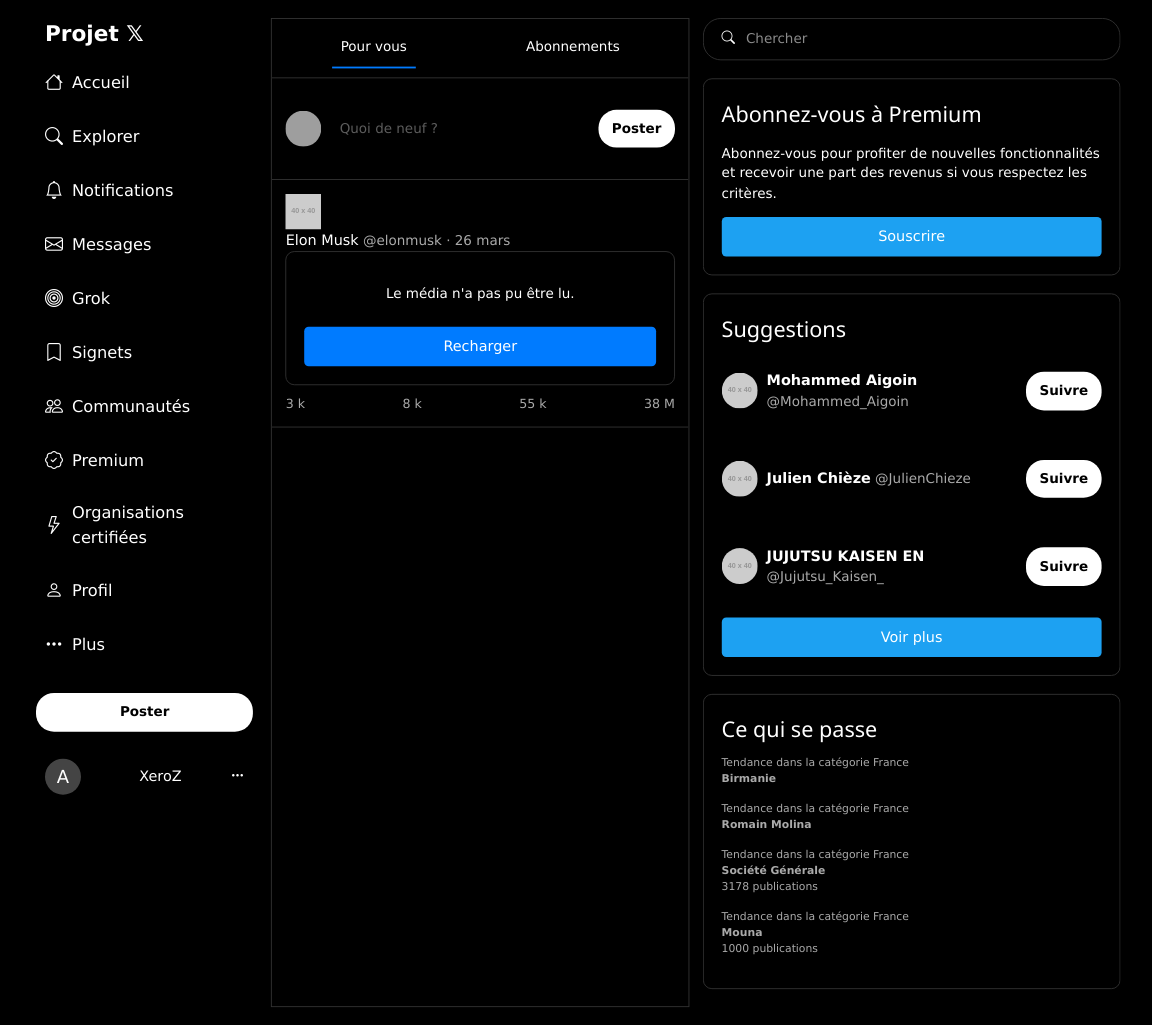
Repository: barriefl/ProjetX_BARRIER_MAULINE_MARQUES-FELIX_SERVONNET
Page: web/front/main.html
The author's editor kept a copy of each file at every save. The page is drawn from the files as they stood at one save, then again after the next save.
The browser window is 1280 px wide. The pictures show the whole page, at 90% of full size.
Pictures or frames that could not be fetched are drawn as grey boxes.

Above is the page before, as saved 2025-03-31 09:37:00.

### web/front/main.html
<!DOCTYPE html>
<html lang="fr">
  <head>
    <meta charset="UTF-8" />
    <meta name="viewport" content="width=device-width, initial-scale=1.0" />
    <title>Projet &Xopf;</title>
    <link rel="icon" type="image/x-icon" href="image/twitter-x.svg" />
    <link rel="stylesheet" href="style/main.css" />
    <link rel="stylesheet" href="https://www.w3schools.com/w3css/5/w3.css" />
    <link
      rel="stylesheet"
      href="https://cdn.jsdelivr.net/npm/bootstrap-icons@1.5.0/font/bootstrap-icons.css"
    />
  </head>
  <body>
    <div class="sidebar">
      <div class="logo"><a href="/front/main.html">Projet &Xopf;</a></div>
      <ul class="menu">
        <li>
          <a href="/front/main.html"
            ><span class="icon"><i class="bi bi-house"></i></span> Accueil</a
          >
        </li>
        <li>
          <a href=""
            ><span class="icon"><i class="bi bi-search"></i></span>Explorer</a
          >
        </li>
        <li>
          <a href="#"
            ><span class="icon"><i class="bi bi-bell"></i></span>
            Notifications</a
          >
        </li>
        <li>
          <a href="#"
            ><span class="icon"><i class="bi bi-envelope"></i></span>Messages</a
          >
        </li>
        <li>
          <a href="#"
            ><span class="icon"><i class="bi bi-bullseye"></i></span> Grok</a
          >
        </li>
        <li>
          <a href="#"
            ><span class="icon"><i class="bi bi-bookmark"></i></span> Signets</a
          >
        </li>
        <li>
          <a href="#"
            ><span class="icon"><i class="bi bi-people"></i></span>
            Communautés</a
          >
        </li>
        <li>
          <a href="#"
            ><span class="icon"><i class="bi bi-patch-check"></i></span>
            Premium</a
          >
        </li>
        <li>
          <a href="#"
            ><span class="icon"><i class="bi bi-lightning"></i></span>
            Organisations certifiées</a
          >
        </li>
        <li>
          <a href="#"
            ><span class="icon"><i class="bi bi-person"></i></span> Profil</a
          >
        </li>
        <li>
          <a href="#"
            ><span class="icon"><i class="bi bi-three-dots"></i></span>Plus</a
          >
        </li>
      </ul>
      <button class="post-button">Poster</button>
      <div class="user-info">
        <span class="avatar">A</span>
        <span class="username">XeroZ</span>
        <span class="more-info"><i class="bi bi-three-dots"></i></span>
      </div>
    </div>
    <div class="container container-border">
      <!--  s -->
      <div class="tab-menu">
        <a href="#" class="active">Pour vous</a>
        <a href="#">Abonnements</a>
      </div>

      <!-- Header -->
      <div class="header">
        <img src="empty.png" alt="empty.png" />
        <input type="text" placeholder="Quoi de neuf ?" />
        <button class="post-button">Poster</button>
      </div>

      <!-- Post -->
      <div class="post">
        <div class="tweet-user-info">
          <img src="https://via.placeholder.com/40" alt="User Avatar" />
          <div>
            <span class="username">Elon Musk</span>
            <span style="color: #aaa">@elonmusk · 26 mars</span>
          </div>
        </div>
        <div class="content">
          <p>Le média n'a pas pu être lu.</p>
          <button class="button-blue">Recharger</button>
        </div>
        <div class="actions">
          <span>3 k</span>
          <span>8 k</span>
          <span>55 k</span>
          <span>38 M</span>
        </div>
      </div>
    </div>
    <div class="container">
      <!-- Barre de recherche -->
      <div class="search-bar">
        <i class="bi bi-search"></i>
        <input type="text" placeholder="Chercher" />
      </div>

      <!-- Section Premium -->
      <div class="card">
        <h3>Abonnez-vous à Premium</h3>
        <p>
          Abonnez-vous pour profiter de nouvelles fonctionnalités et recevoir
          une part des revenus si vous respectez les critères.
        </p>
        <button class="button-blue">Souscrire</button>
      </div>

      <!-- Suggestions -->
      <div class="card">
        <h3>Suggestions</h3>
        <div class="suggestion">
          <img src="https://via.placeholder.com/40" alt="Avatar" />
          <div class="info">
            <span class="username">Mohammed Aigoin</span>
            <span class="handle">@Mohammed_Aigoin</span>
          </div>
          <button class="follow-button">Suivre</button>
        </div>
        <div class="suggestion">
          <img src="https://via.placeholder.com/40" alt="Avatar" />
          <div class="info">
            <span class="username">Julien Chièze</span>
            <span class="handle">@JulienChieze</span>
          </div>
          <button class="follow-button">Suivre</button>
        </div>
        <div class="suggestion">
          <img src="https://via.placeholder.com/40" alt="Avatar" />
          <div class="info">
            <span class="username">JUJUTSU KAISEN EN</span>
            <span class="handle">@Jujutsu_Kaisen_</span>
          </div>
          <button class="follow-button">Suivre</button>
        </div>
        <button class="button-blue">Voir plus</button>
      </div>

      <!-- Tendances -->
      <div class="card">
        <h3>Ce qui se passe</h3>
        <ul class="trends">
          <li>
            <span>Tendance dans la catégorie France</span>
            <span class="title">Birmanie</span>
          </li>
          <li>
            <span>Tendance dans la catégorie France</span>
            <span class="title">Romain Molina</span>
          </li>
          <li>
            <span>Tendance dans la catégorie France</span>
            <span class="title">Société Générale</span>
            <span>3178 publications</span>
          </li>
          <li>
            <span>Tendance dans la catégorie France</span>
            <span class="title">Mouna</span>
            <span>1000 publications</span>
          </li>
        </ul>
      </div>
    </div>
  </body>
</html>

### web/front/style/main.css
body {
    margin: 0;
    background-color: #000;
    color: white;
    padding: 0;
    display: flex;
    justify-content: center;
    padding: 20px;
}

.sidebar {
    width: 300px;
    height: 100vh;
    display: flex;
    flex-direction: column;
    padding: 0 20px;
    /* position: fixed; */
}

.logo {
    font-size: 24px;
    font-weight: bold;
}

.sidebar a {
    text-decoration: none;
    color: white;
    padding: 10px;
    width: fit-content;
    border-radius: 15px;
    transition: all 0.3s ease-in-out;
}

.sidebar a:hover, .user-info:hover {
    background-color: #333;
    text-decoration: none;
    color: white;
}

.menu {
    list-style: none;
    padding: 0;
    margin: 0;
}

.menu li {
    margin: 10px 0;
}

.menu a {
    text-decoration: none;
    color: white;
    display: flex;
    align-items: center;
    font-size: 18px;
}

.menu .icon {
    margin-right: 10px;
    font-size: 20px;
}

.post-button, .follow-button {
    margin: 20px 0;
    padding: 10px 15px;
    border-radius: 20px;
    border:none;
    cursor: pointer;
    font-weight: bold;
    background-color: white;
}

.post-button:hover {
    background-color: #ddd;
}

.button-blue {
    width: 100%;
    padding: 10px;
    font-size: 16px;
    background-color: #1da1f2;
    color: white;
    border: none;
    border-radius: 5px;
    cursor: pointer;
}

.button-blue:hover {
    background-color: #0d8ce0;
}

.user-info {
    display: flex;
    justify-content: space-between;
    align-items: center;
    padding: 10px;
    border-radius: 15px;
    cursor: pointer;
    transition: all 0.3s ease-in-out;
}

.avatar {
    background-color: #444;
    width: 40px;
    height: 40px;
    display: flex;
    align-items: center;
    justify-content: center;
    border-radius: 50%;
    font-size: 20px;
    margin-right: 10px;
}

.username {
    font-size: 16px;
}

.container {
    width: 500px;
    overflow: hidden;
    margin-right: 15px;
}

.container-border {
    border: 1px solid #333;
}

.header {
    display: flex;
    align-items: center;
    padding: 15px;
    border-bottom: 1px solid #333;
}

.header img {
    width: 40px;
    height: 40px;
    border-radius: 50%;
    margin-right: 10px;
}

.header input {
    flex: 1;
    background: transparent;
    border: none;
    outline: none;
    padding: 10px;
    color: #fff;
}

.header input::placeholder {
    color: #aaa;
}

.post {
    padding: 15px;
    border-bottom: 1px solid #333;
}

.post .user-info {
    display: flex;
    align-items: center;
    margin-bottom: 10px;
}

.post .user-info img {
    width: 40px;
    height: 40px;
    border-radius: 50%;
    margin-right: 10px;
}

.post .user-info .username {
    font-weight: bold;
}

.post .content {
    border: solid 1px #333;
    border-radius: 10px;
    padding: 20px;
    text-align: center;
}

.post .content button {
    background-color: #007bff;
    color: #fff;
    border: none;
    border-radius: 5px;
    padding: 10px 20px;
    margin-top: 10px;
    cursor: pointer;
}

.post .actions {
    display: flex;
    justify-content: space-between;
    margin-top: 10px;
    font-size: 14px;
    color: #aaa;
}

.tab-menu {
    display: flex;
    justify-content: space-around;
    padding: 10px;
    border-bottom: 1px solid #333;
}

.tab-menu a {
    color: #fff;
    text-decoration: none;
    padding: 10px;
}

.tab-menu a.active {
    border-bottom: 2px solid #007bff;
}

 .search-bar {
     display: flex;
     padding: 10px 20px;
     margin-bottom: 20px;
     border-radius: 20px;
     border: 1px solid #333;
 }

 .search-bar input {
     flex: 1;
     background: transparent;
     border: none;
     outline: none;
     color: #ffffff;
 }

 .search-bar i {
     margin-right: 10px;
 }

 .card {
    border: 1px solid #333;
     border-radius: 10px;
     padding: 20px;
     margin-bottom: 20px;
 }

 .card h3 {
     margin-top: 0;
 }

 .card .button {
     display: inline-block;
     background-color: #007bff;
     color: #ffffff;
     text-decoration: none;
     padding: 10px 20px;
     border-radius: 20px;
     margin-top: 10px;
     text-align: center;
 }

 .suggestion {
     display: flex;
     align-items: center;
     margin-bottom: 15px;
 }

 .suggestion img {
     width: 40px;
     height: 40px;
     border-radius: 50%;
     margin-right: 10px;
 }

 .suggestion .info {
     flex: 1;
 }

 .suggestion .info .username {
     font-weight: bold;
 }

 .suggestion .info .handle {
     color: #aaa;
 }

 .trends {
     list-style: none;
     padding: 0;
     margin: 0;
 }

 .trends li {
     margin-bottom: 15px;
 }

 .trends li span {
     display: block;
     color: #aaa;
     font-size: 12px;
 }

 .trends li .title {
     font-weight: bold;
 }

After the next save:
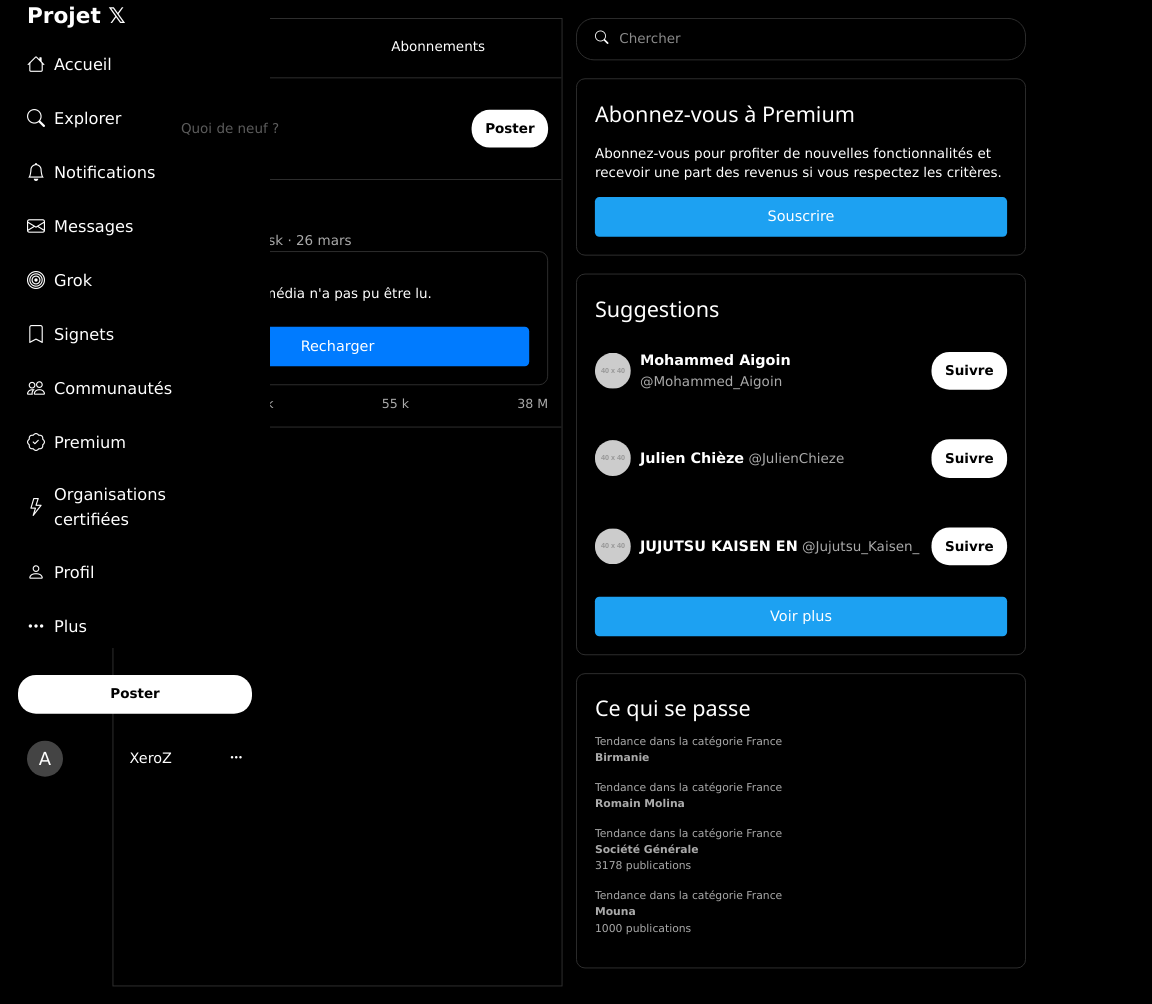
Saved 8 min 11 s later.
--- a/web/front/style/main.css
+++ b/web/front/style/main.css
@@ -11,10 +11,18 @@
 .sidebar {
     width: 300px;
     height: 100vh;
+    /* S'assure qu'elle prend toute la hauteur */
     display: flex;
     flex-direction: column;
     padding: 0 20px;
-    /* position: fixed; */
+    position: fixed;
+    /* La fixe sur l'écran */
+    top: 0;
+    /* L'aligne en haut */
+    left: 0;
+    /* La colle sur le côté gauche */
+    background-color: #000;
+    /* S'assurer qu'elle garde son fond noir */
 }
 
 .logo {

After the 2 saves that followed:
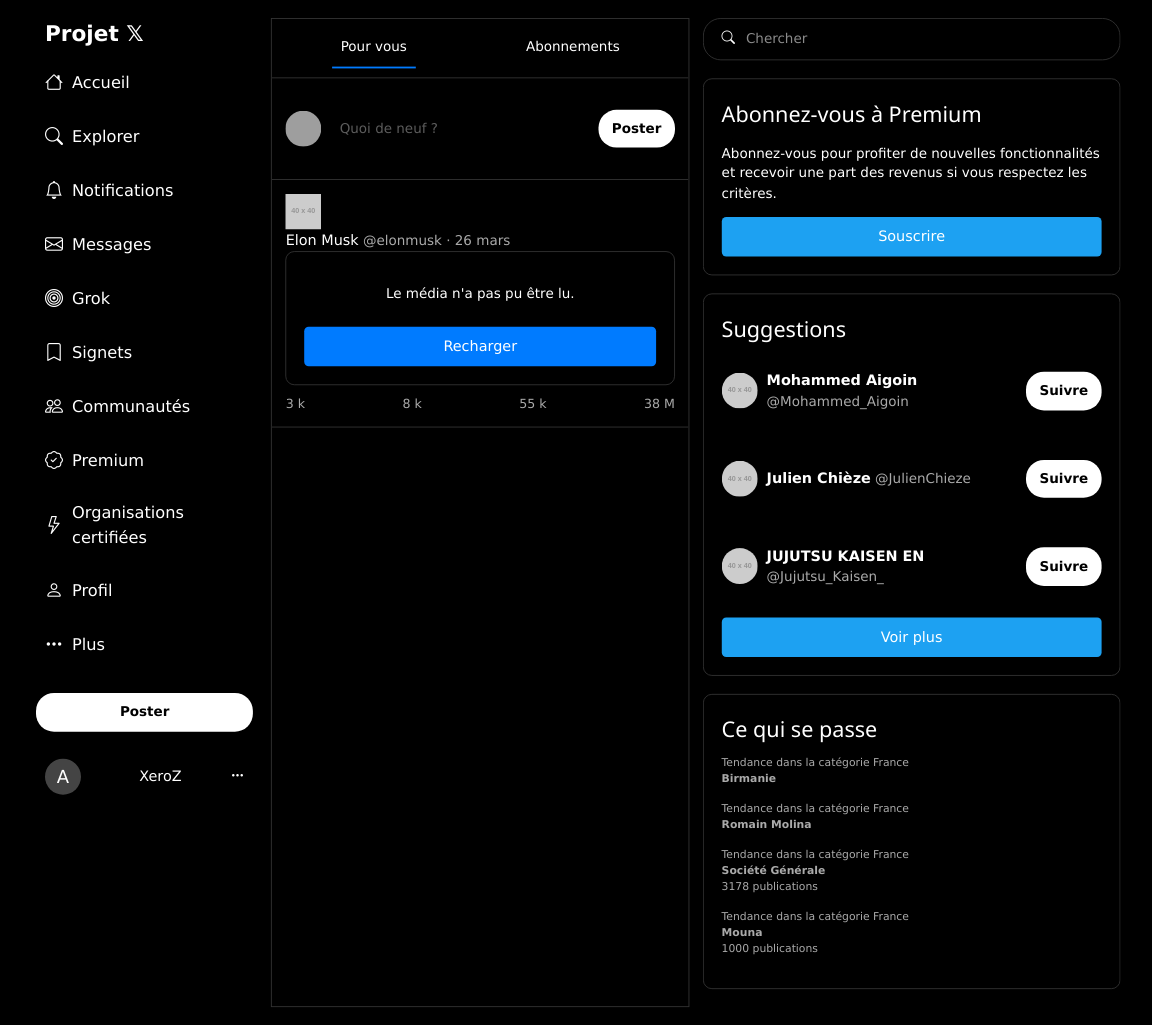
The 2 saves are shown as one change because 1 left the picture as it was.
The last was saved 20 s later.
--- a/web/front/style/main.css
+++ b/web/front/style/main.css
@@ -11,18 +11,10 @@
 .sidebar {
     width: 300px;
     height: 100vh;
-    /* S'assure qu'elle prend toute la hauteur */
     display: flex;
     flex-direction: column;
     padding: 0 20px;
-    position: fixed;
-    /* La fixe sur l'écran */
-    top: 0;
-    /* L'aligne en haut */
-    left: 0;
-    /* La colle sur le côté gauche */
-    background-color: #000;
-    /* S'assurer qu'elle garde son fond noir */
+    /* position: fixed; */
 }
 
 .logo {
@@ -104,7 +96,7 @@
     padding: 10px;
     border-radius: 15px;
     cursor: pointer;
-    transition: all 0.3s ease-in-out;
+    transition: all;
 }
 
 .avatar {
